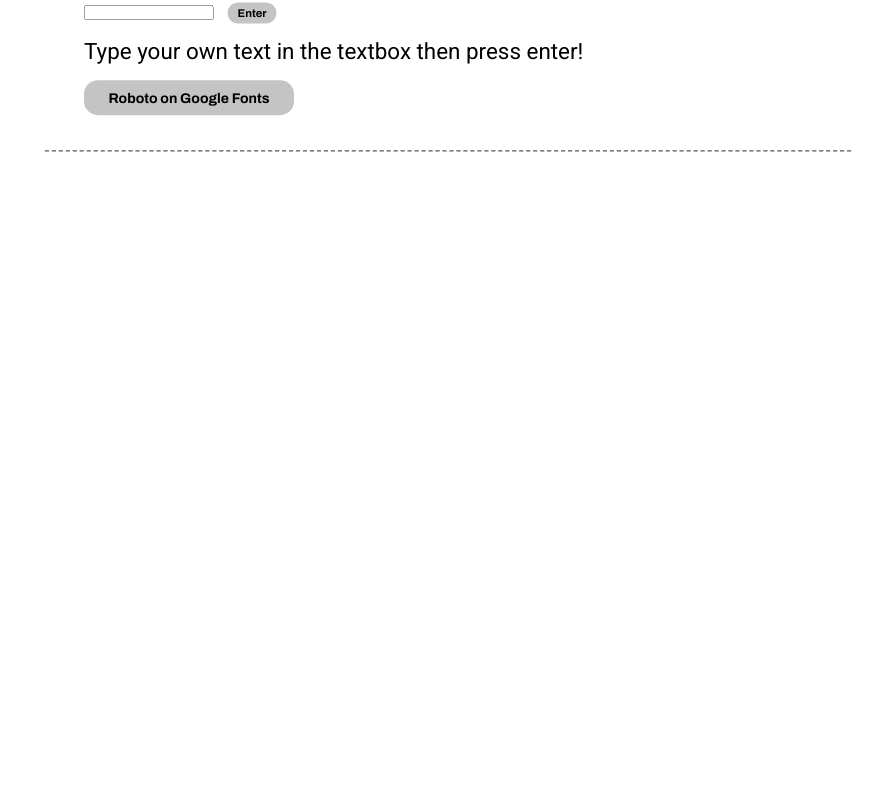
Repository: Levic559/bird-styleguide
Page: typography/index.html
The author's editor kept a copy of each file at every save. The page is drawn from the files as they stood at one save, then again after the next save.
The browser window is 1280 px wide. The pictures show the part of the page from y = 661 to 2581 px (the page is 1800 px tall before and 2581 px after), at 70% of full size.

Above is the page before, as saved 2021-03-22 05:58:48.

After the next save:
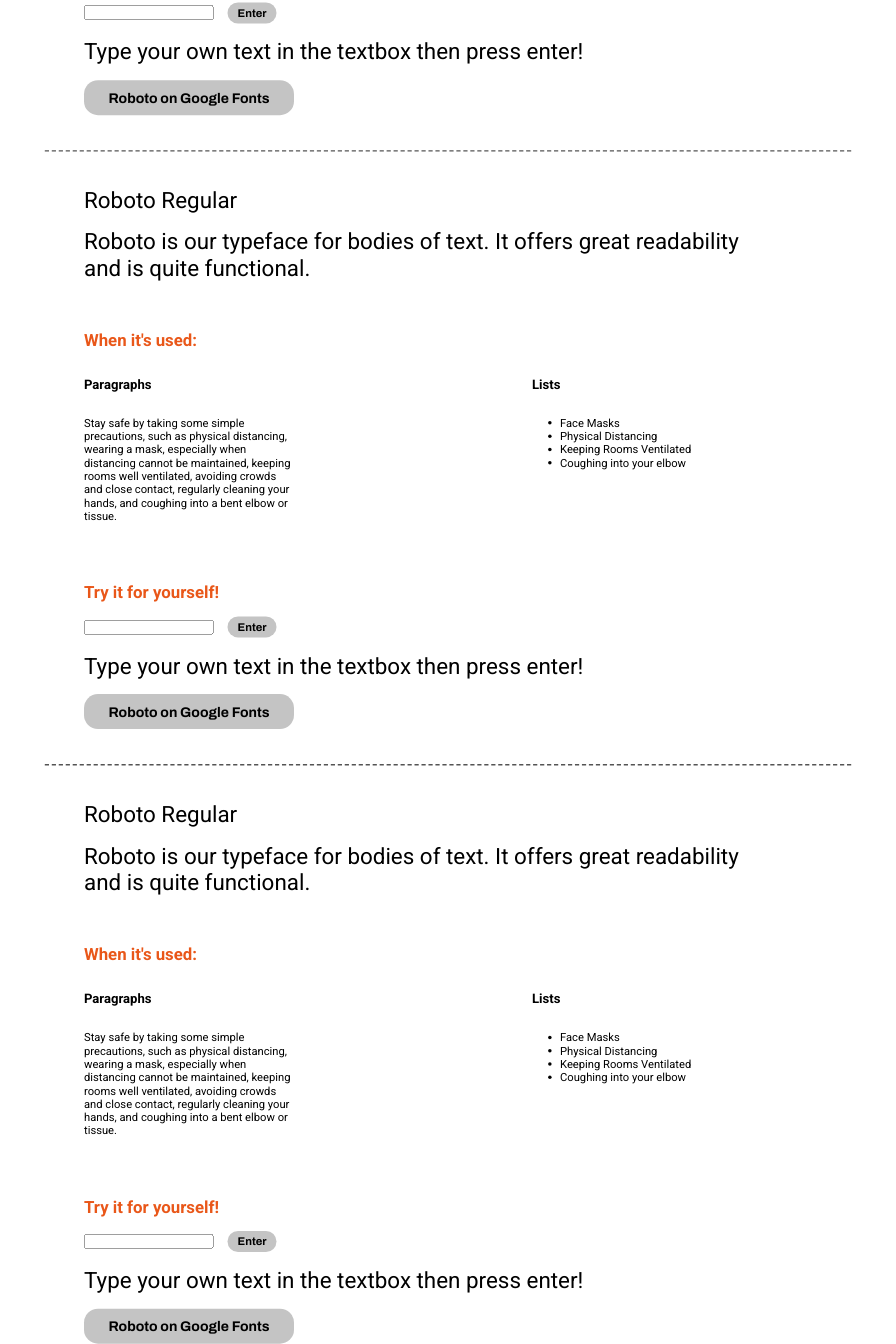
Saved 47 s later.
--- a/typography/index.html
+++ b/typography/index.html
@@ -44,6 +44,73 @@
             </div>
 
             <div class="divider"></div>
+
+            <div class="fontcontainer">
+                <h1 class="Roboto top">Roboto Regular</h1>
+                <h1 class="Roboto">Roboto is our typeface for bodies of text. It offers great readability and is quite functional.</h1>
+                <h2 class="Orange">When it's used:</h3>
+                <div class="examplescontainer">
+                    <div class="column">
+                        <h3>Paragraphs</h3>
+                        <p>
+                            Stay safe by taking some simple precautions, such as physical distancing, wearing a mask, especially when distancing cannot be maintained, keeping rooms well ventilated, avoiding crowds and close contact, regularly cleaning your hands, and coughing into a bent elbow or tissue.
+                        </p>
+                    </div>
+                    <div class="column">
+                        <h3>Lists</h3>
+                        <ul>
+                            <li>Face Masks</li>
+                            <li>Physical Distancing</li>
+                            <li>Keeping Rooms Ventilated</li>
+                            <li>Coughing into your elbow</li>
+                        </ul>
+                    </div>
+                </div>
+
+                <h2 class="Orange">Try it for yourself!</h2>
+
+                <div class="inputcontainer">
+                    <input type="text" id="input1"></input>
+                    <div class="enter" onclick="textOne()">Enter</div>
+                </div>
+                <h1 class="Roboto" id="output1">Type your own text in the textbox then press enter!</h1>
+                <div class="linkbutton">Roboto on Google Fonts</div>
+            </div>
+
+            <div class="divider"></div>
+
+            <div class="fontcontainer">
+                <h1 class="Roboto top">Roboto Regular</h1>
+                <h1 class="Roboto">Roboto is our typeface for bodies of text. It offers great readability and is quite functional.</h1>
+                <h2 class="Orange">When it's used:</h3>
+                <div class="examplescontainer">
+                    <div class="column">
+                        <h3>Paragraphs</h3>
+                        <p>
+                            Stay safe by taking some simple precautions, such as physical distancing, wearing a mask, especially when distancing cannot be maintained, keeping rooms well ventilated, avoiding crowds and close contact, regularly cleaning your hands, and coughing into a bent elbow or tissue.
+                        </p>
+                    </div>
+                    <div class="column">
+                        <h3>Lists</h3>
+                        <ul>
+                            <li>Face Masks</li>
+                            <li>Physical Distancing</li>
+                            <li>Keeping Rooms Ventilated</li>
+                            <li>Coughing into your elbow</li>
+                        </ul>
+                    </div>
+                </div>
+
+                <h2 class="Orange">Try it for yourself!</h2>
+
+                <div class="inputcontainer">
+                    <input type="text" id="input1"></input>
+                    <div class="enter" onclick="textOne()">Enter</div>
+                </div>
+                <h1 class="Roboto" id="output1">Type your own text in the textbox then press enter!</h1>
+                <div class="linkbutton">Roboto on Google Fonts</div>
+            </div>
+
         </div>
     </body>
     <script src="index.js"></script>
